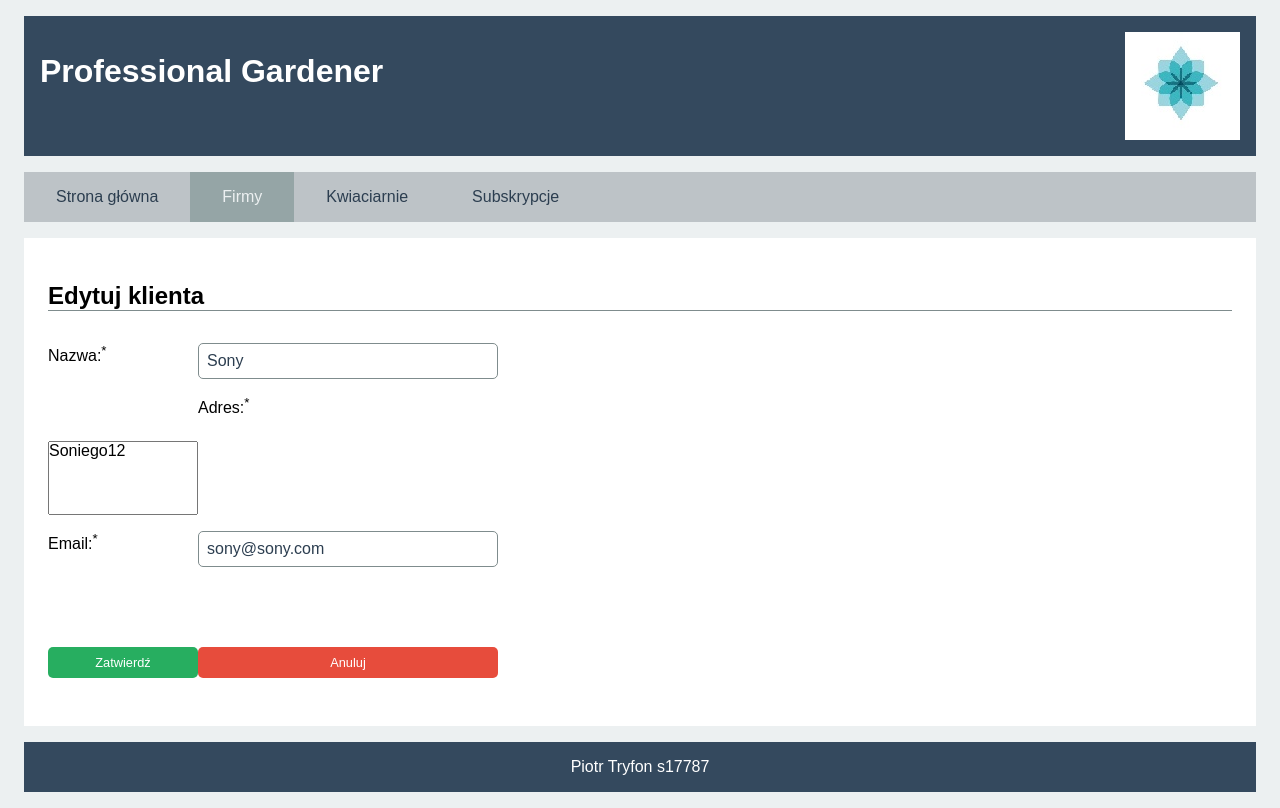
Repository: s17787/TIN
Page: tin_zaoczne_12_s17787_html-css/pages/client-edit.html
These files come from the project's save history. The page is drawn as it stood at one moment and after the next save; the edit follows.
The browser window is 1280 px wide. The pictures show the whole page.

Above is the page before, as saved 2021-01-06 08:10:37.

### tin_zaoczne_12_s17787_html-css/pages/client-edit.html
<!DOCTYPE html>
<html lang="pl-PL">
<head>
    <meta charset="UTF-8">
    <meta name="viewport" content="width=device-width, initial-scale=1.0">
    <title>Professional Gardener</title>
    <link rel="stylesheet" href="../css/style.css" type="text/css"/>
</head>
<body>
    <header>
        <h1>Professional Gardener</h1>
        <img src="../images/logo.jpg" alt="Professional Gardener">
    </header>
    <nav>
        <ul>
            <li><a href="../index.html" >Strona główna</a></li>
            <li><a href="client-list.html" class="active">Firmy</a></li>
            <li><a href="florist-list.html" >Kwiaciarnie</a></li>
            <li><a href="subscription-list.html" >Subskrypcje</a></li>
        </ul>
    </nav>
    <main>
        <h2>Edytuj klienta</h2>
        <form class="form">
            <!--<div class="form-group">-->
                <label for="Name">Nazwa:<sup>*</sup></label>
                <input type="text" name="Name" id="Name" value="Sony"/>
                <span id="errorName" class="errors-text"></span>
            <!--</div>-->
            <!--<div class="form-group">-->
                <label for="Adres">Adres:<sup>*</sup></label>
                <textarea type="text" name="Adres" id="Adres" rows="4" cols="10" style="resize: none;">Soniego12</textarea>
                <span id="errorAddress" class="errors-text"></span>
            <!--</div>-->
            <!--<div class="form-group">-->
                <label for="email">Email:<sup>*</sup></label>
                <input type="email" name="email" id="email" value="sony@sony.com"/>
                <span id="errorEmail" class="errors-text"></span>
            <!--</div>-->
            <!--<div class="form-group">-->
                <p id="errorsSummary" class="errors-text"></p>
                <p><a href="client-details.html" class="form-button-submit" >Zatwierdź</a></p>
                <p><a href="client-details.html" class="form-button-cancel" >Anuluj</a></p>
            <!--</div>-->
        </form>
    </main>
    <footer>
        Piotr Tryfon s17787
    </footer>
</body>
</html>

### tin_zaoczne_12_s17787_html-css/css/style.css
html {
    background-color: #ecf0f1;
    font-family: sans-serif;
}

body {
    min-width: 360px;
  }

header,
main,
footer {
    background-color: white;
}

header,
main,
footer,
nav {
    margin: 1rem;
}

header,
footer {
    background-color: #34495e;
    color: white;
    padding: 1rem;
}

header {
    display: flex;
    justify-content: space-between;
}

nav {
    background-color: #bdc3c7;
}

nav ul {
    display: flex;
    padding: 0;
    list-style-type: none;
}

nav ul li a {
    display: inline-block;
    color: #2c3e50;
    padding: 1rem 2rem;
    text-decoration: none;
}

nav ul li a:hover {
    background-color: #d35400;
    color: #ecf0f1;
}

nav ul li a.active {
    background-color: #95a5a6;
    color: #ecf0f1;
}

main {
    padding: 1.5rem;
}

footer {
    text-align: center;
}

main h2 {
    border-bottom: 1px solid #7f8c8d;
    margin-bottom: 2rem;
}

.table-list {
    border-collapse: collapse;
    color:#2c3e50;
    width: 100%;
}

.table-list,
.table-list th,
.table-list td {
    border: 1px solid #bdc3c7;
}

.table-list th,
.table-list td {
    padding: 0.5rem;
}

.table-list th,
.table-list tbody tr:nth-child(even) {
    background-color: #ecf0f1;
}

.list-actions {
    margin: 0;
    text-align: center;
    list-style-type: none;
    padding: 0;
}

.list-actions li {
    display: inline-block;
}

.list-actions-button-details,
.list-actions-button-edit,
.list-actions-button-delete {
    display: inline-block;
    width: 75px;
    padding: 0.25rem 0.5rem;
}

.list-actions-button-details,
.list-actions-button-edit,
.list-actions-button-delete,
.button-add,
.form-button-submit,
.form-button-cancel {
    border: none;
    border-radius: 5px;
    color: white;
    text-decoration: none;
    text-align: center;
    font-size: 0.8rem;
}

.list-actions-button-details,
.list-actions-button-edit {
    margin-right: 1rem;
}

.list-actions-button-details {
    background-color: #2980b9;
}
.list-actions-button-details:hover {
    background-color: #3498db;
}

.list-actions-button-edit {
    background-color: #f39c12;
}

.list-actions-button-edit:hover {
    background-color: #f1c40f;
}

.form-button-cancel,
.list-actions-button-delete {
    background-color: #c0392b;
}

.form-button-cancel,
.list-actions-button-delete:hover {
    background-color: #e74c3c;
}

.button-add,
.form-button-submit,
.form-button-cancel {
    padding: 0.5rem 1rem;
}

.button-add,
.form-button-submit {
    background-color: #27ae60;
}

.button-add:hover,
.form-button-submit:hover {
    background-color: #2ecc71;
}

button,
input,
select,
textarea {
    font-family: inherit;
    font-size: 100%;
    box-sizing: border-box;
    padding: 0; margin: 0;
}

textarea {
    overflow: auto;
}

.form {
    display: grid;
    grid-template-columns: 150px 300px;
    row-gap: 1rem;
}

.form select,
.form input[type="text"],
.form input[type="number"],
.form input[type="date"],
.form input[type="email"] {
    border: 1px solid #7f8c8d;
    color:#2c3e50;
    border-radius: 5px;
    padding: 0.5rem;
    width: 100%;
}

.form label {
    display: block;
    margin-bottom: 0.5em;
}

.form-group {
    margin-bottom: 1rem;
}

abbr[title='required'] {
    color: #c0392b;
}

.form-buttons {
    grid-column-start: auto;
    grid-column-end: auto;
}

.form-button-submit,
.form-button-cancel {
    width: 100%;
}

.form-button-submit,
.form-button-cancel {
    box-sizing: border-box;
    display: block;
}

.form-button-submit {
    margin-bottom: 0.5rem;
}

@media all and (max-width:720px) {
    header {
        flex-direction: column;
    }

    header h1 {
        text-align: center;
    }

    header img {
        align-self: center;
    }
}

@media all and (max-width: 400px) {
    body,
    nav,
    nav ul,
    header,
    main,
    footer {
        margin: 0;
    }
}

@media all and (max-width:720px) {
    nav ul {
        flex-wrap: wrap;
    }

    nav ul li {
        flex-basis: 50%;
        text-align: center;
    }

    nav ul li a {
        display: block;
    }
}

@media all and (max-width: 400px) {
    nav ul li {
        flex-basis: 100%;
    }
}

@media all and (max-width: 720px) {
    .form {
        grid-template-columns: 1fr;
        row-gap:unset;
        margin-left: unset;
    }

    .form input[type="text"],
    .form input[type="number"],
    .form input[type="date"],
    .form select {
        margin-bottom: 1rem;
    }
}

After the next save:
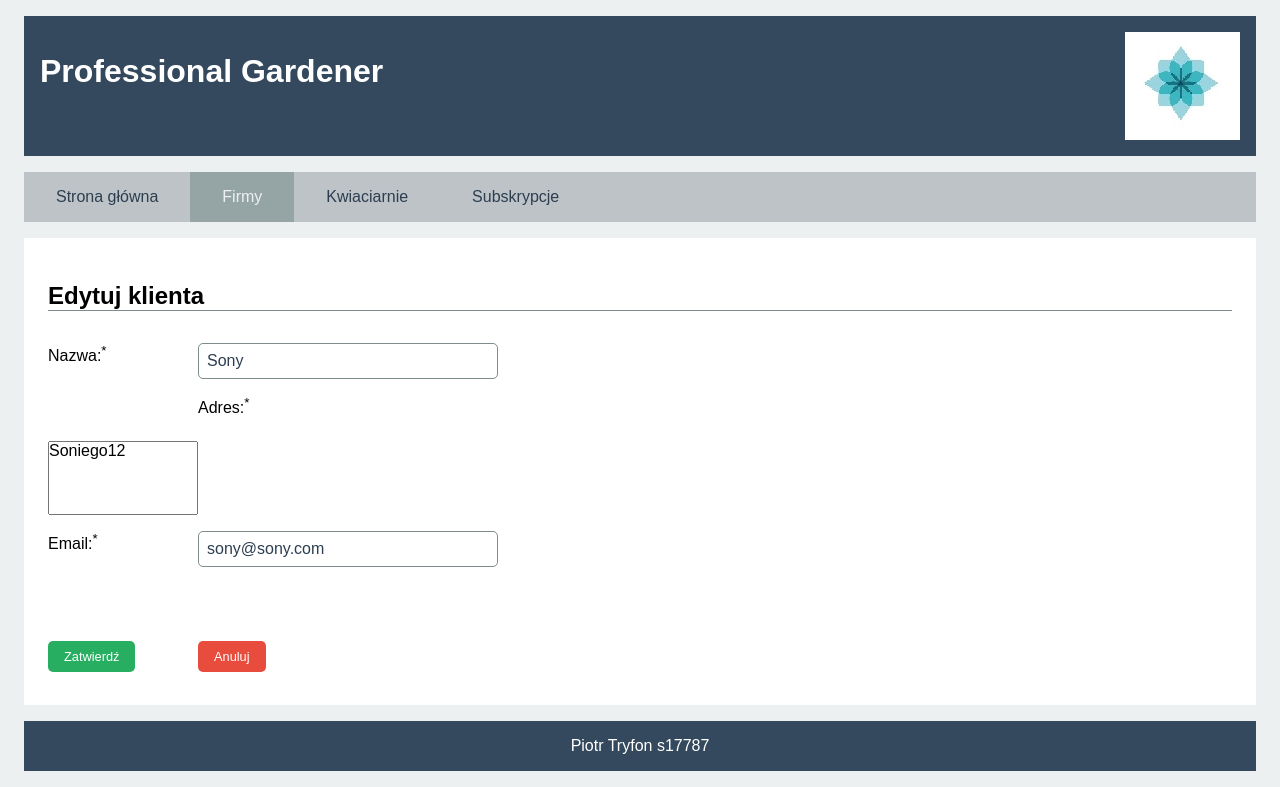
Saved 13 s later.
--- a/tin_zaoczne_12_s17787_html-css/css/style.css
+++ b/tin_zaoczne_12_s17787_html-css/css/style.css
@@ -223,16 +223,7 @@
     grid-column-end: auto;
 }
 
-.form-button-submit,
-.form-button-cancel {
-    width: 100%;
-}
-
-.form-button-submit,
-.form-button-cancel {
-    box-sizing: border-box;
-    display: block;
-}
+
 
 .form-button-submit {
     margin-bottom: 0.5rem;

After the save that followed:
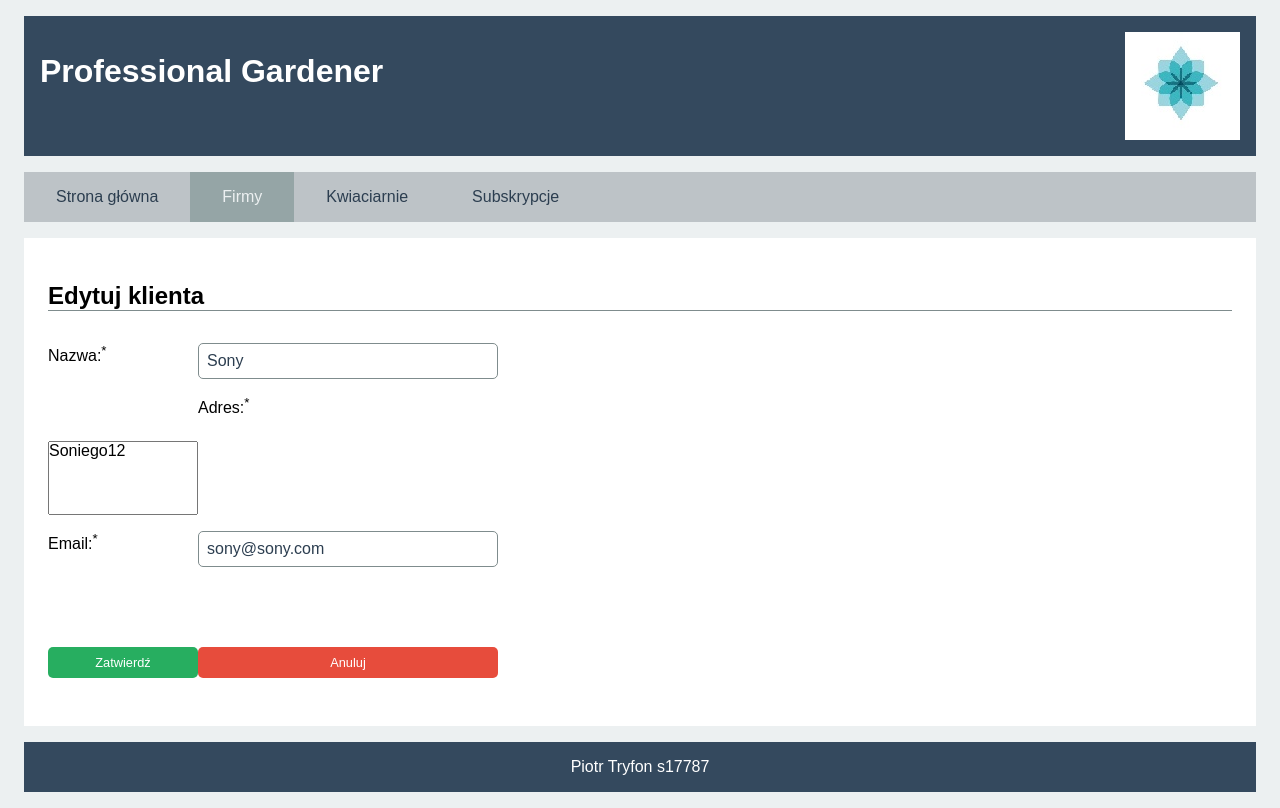
Saved 60 s later.
--- a/tin_zaoczne_12_s17787_html-css/css/style.css
+++ b/tin_zaoczne_12_s17787_html-css/css/style.css
@@ -219,11 +219,20 @@
 }
 
 .form-buttons {
-    grid-column-start: auto;
-    grid-column-end: auto;
-}
-
-
+    grid-column-start: 1;
+    grid-column-end: -1;
+}
+
+.form-button-submit,
+.form-button-cancel {
+    width: 100%;
+}
+
+.form-button-submit,
+.form-button-cancel {
+    box-sizing: border-box;
+    display: block;
+}
 
 .form-button-submit {
     margin-bottom: 0.5rem;
